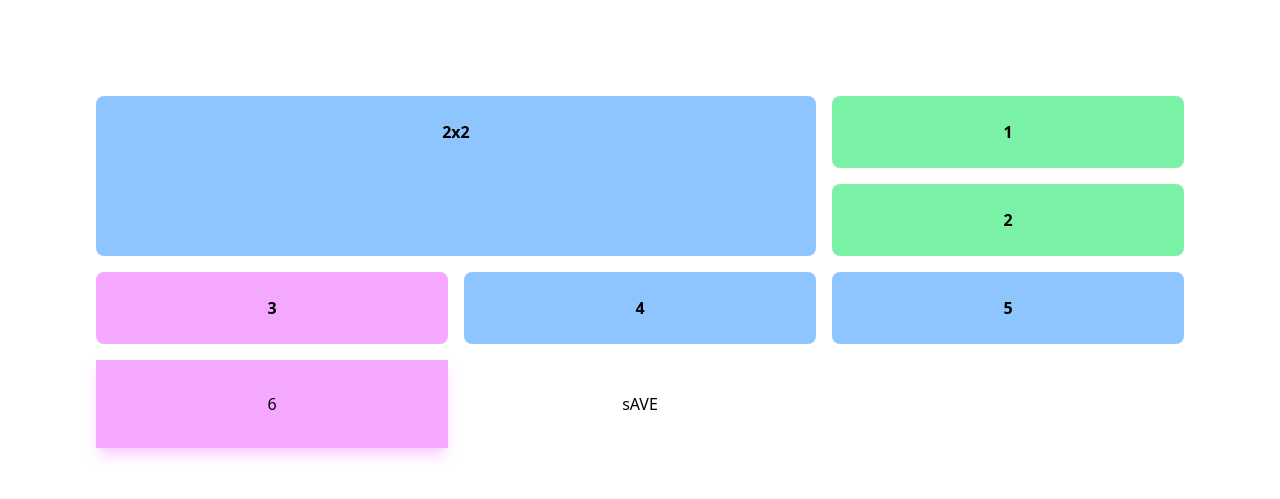
Repository: Abdulahi338/TailwindCss-exercise
Page: Exercise3/index.html
The author's editor kept a copy of each file at every save. The page is drawn from the files as they stood at one save, then again after a run of saves.
The browser window is 1280 px wide. The pictures show the whole page.

Above is the page before, as saved 2025-08-12 17:54:12.

After the next 3 saves:
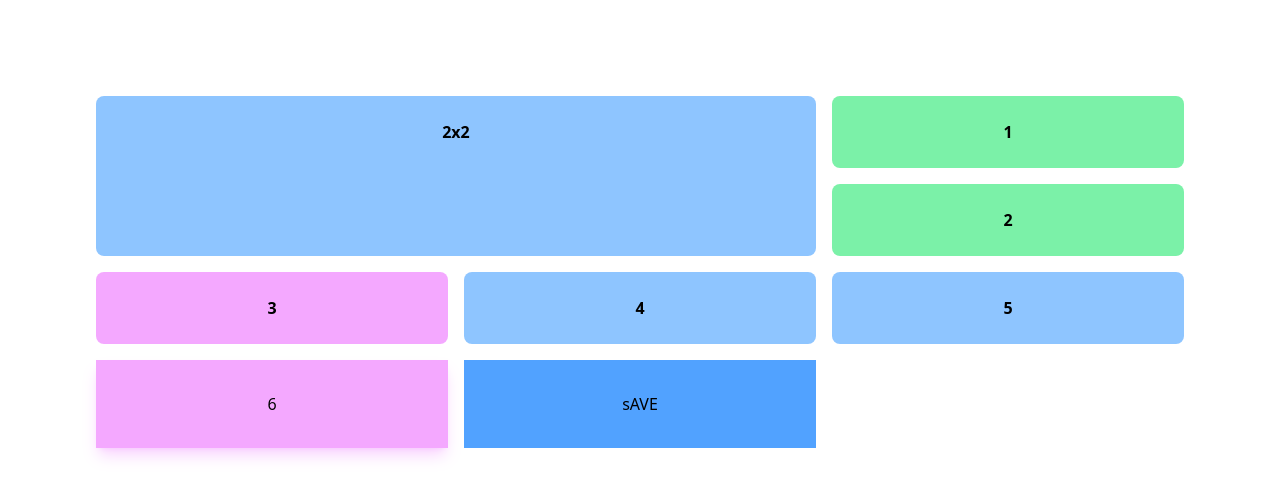
The 3 saves are shown as one change because they came seconds apart.
The last was saved 11 s later.
--- a/Exercise3/index.html
+++ b/Exercise3/index.html
@@ -17,7 +17,7 @@
         <div class="bg-blue-300 p-6 font-bold rounded-lg"">4</div>
         <div class="bg-blue-300 p-6 font-bold rounded-lg"">5</div>
         <div class="bg-fuchsia-300 p-8 font-med shadow-lg shadow-fuchsia-300/50">6</div>
-        <button class="p-6 bg">sAVE</button>
+        <button class="p-6 bg-blue-400">sAVE</button>
 
     </div>
 
